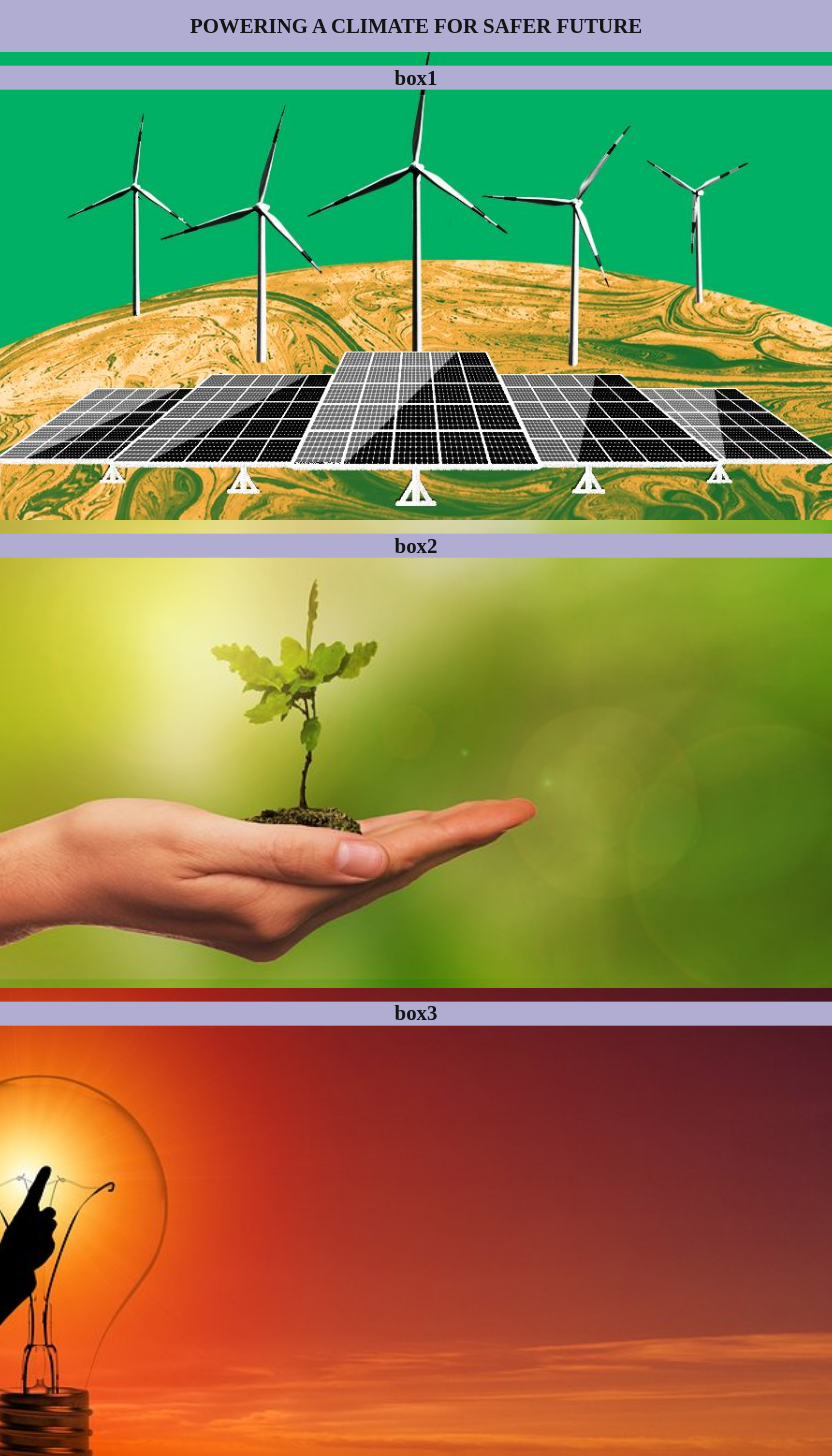
Repository: NavinDayanithi/static-web-design-competition
Page: index.html
These files come from the project's save history. The page is drawn as it stood at one moment and after the next save; the edit follows.
The browser window is 1280 px wide. The pictures show the whole page, at 65% of full size.
Backgrounds fixed to the window are drawn as part of the page.

Above is the page before, as saved 2023-04-28 19:43:57.

After the next save:
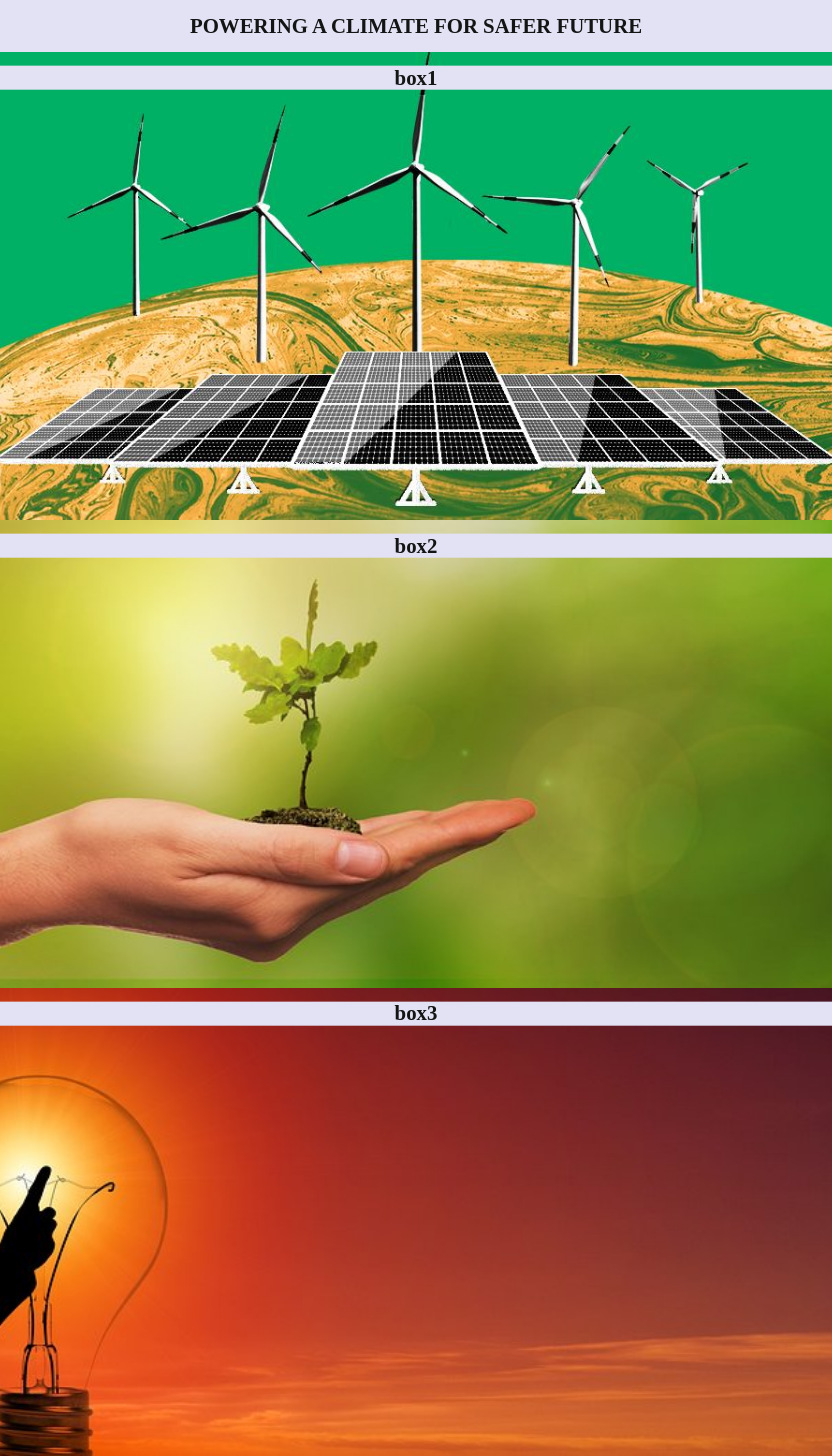
Saved 13 s later.
--- a/styles.css
+++ b/styles.css
@@ -1,5 +1,5 @@
 *{
-    background-color: rgb(176, 172, 210);
+    background-color: rgb(227, 225, 244);
 }
 h1
 {
